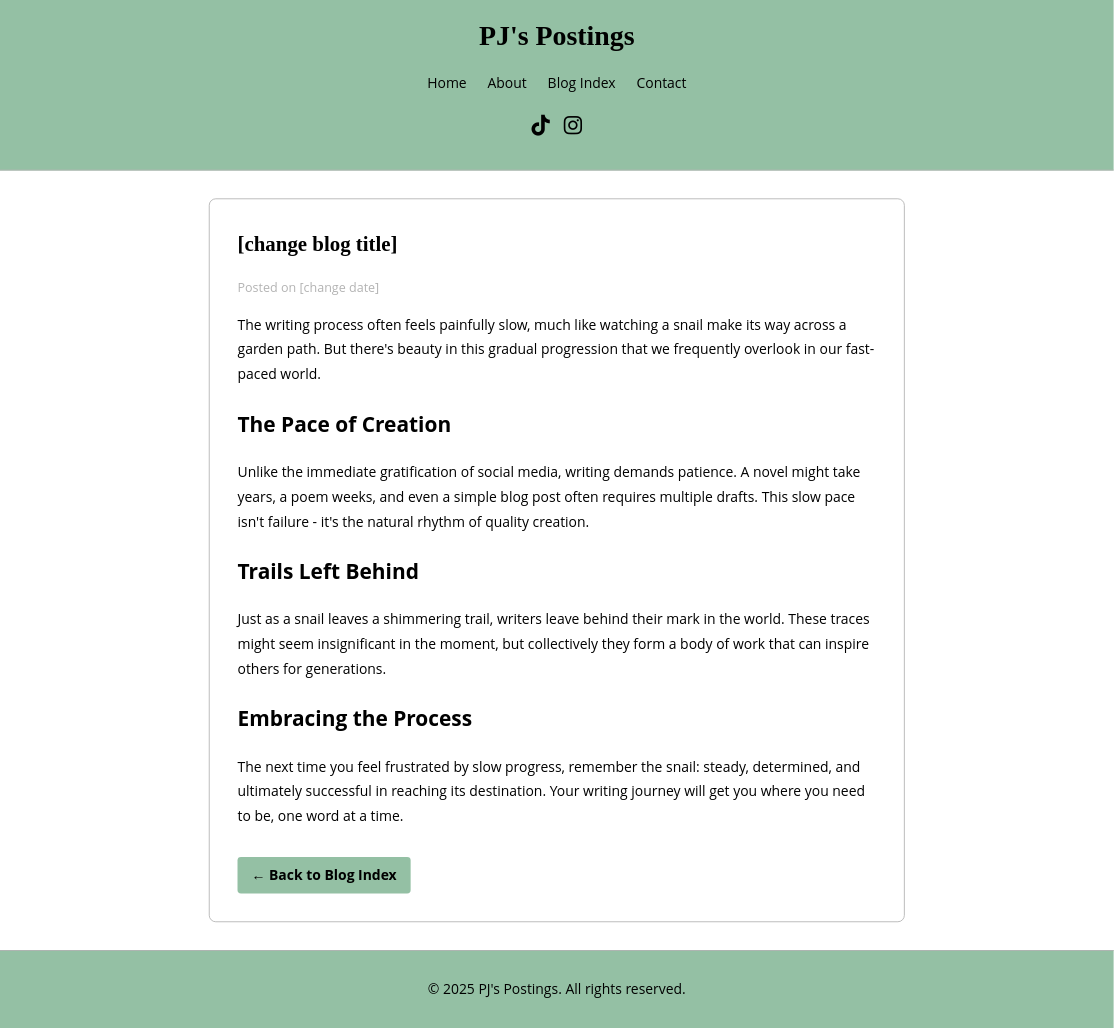
Repository: pjpatrick071/pjpatrick071.github.io
Page: posts/blog-post-template.html
An editor plug-in stored every save of this project. The page is shown before and after the next save, followed by the edit.
The browser window is 1280 px wide. The pictures show the whole page, at 87% of full size.
Some web fonts or font styles are not loaded; a fallback is used.

Above is the page before, as saved 2025-04-03 00:25:07.

### posts/blog-post-template.html
<!DOCTYPE html>
<html lang="en">
<head>
    <meta charset="UTF-8">
    <meta name="viewport" content="width=device-width, initial-scale=1.0">
    <title>[Change Title]</title>
    <link href="https://fonts-api.wp.com/css?family=Playfair+Display:400,400i,700,700i|Open+Sans:400,400i,700,700i&subset=latin,latin-ext" rel="stylesheet">
    <link href="https://cdnjs.cloudflare.com/ajax/libs/font-awesome/6.4.0/css/all.min.css" rel="stylesheet">
    <style>
        :root {
            --soft-green: #94c0a4;
            --silver: #b3b3b3;
            --black: #000000;
            --white: #ffffff;
        }
        body {
            font-family: 'Open Sans', sans-serif;
            line-height: 1.6;
            margin: 0;
            padding: 0;
            background-color: var(--white);
            color: var(--black);
        }
        header {
            background-color: var(--soft-green);
            padding: 1rem 0;
            text-align: center;
            border-bottom: 1px solid var(--silver);
        }
        .logo {
            font-size: 2rem;
            font-weight: bold;
            margin: 0;
            color: var(--black);
            font-family: 'Playfair Display', serif;
        }
        nav ul {
            padding: 0;
            list-style: none;
            display: flex;
            justify-content: center;
            gap: 1.5rem;
            margin: 1rem 0;
        }
        nav a {
            text-decoration: none;
            color: var(--black);
            font-weight: 500;
            transition: color 0.3s;
        }
        nav a:hover {
            color: var(--silver);
        }
        .container {
            max-width: 800px;
            margin: 2rem auto;
            padding: 0 1rem;
        }
        .blog-post {
            background-color: var(--white);
            border: 1px solid var(--silver);
            border-radius: 8px;
            padding: 2rem;
            margin-bottom: 2rem;
        }
        .post-title {
            color: var(--black);
            margin-top: 0;
            font-family: 'Playfair Display', serif;
        }
        .post-meta {
            color: var(--silver);
            font-size: 0.9rem;
            margin-bottom: 1rem;
        }
        .post-content {
            line-height: 1.8;
            margin-bottom: 2rem;
        }
        .post-content img {
            max-width: 100%;
            height: auto;
            margin: 1rem 0;
            border-radius: 8px;
        }
        .back-to-blog {
            display: inline-block;
            background-color: var(--soft-green);
            color: var(--black);
            padding: 0.5rem 1rem;
            border-radius: 4px;
            text-decoration: none;
            font-weight: bold;
            transition: background-color 0.3s;
        }
        .back-to-blog:hover {
            background-color: #82ad90;
        }
        .social-links {
            display: flex;
            justify-content: center;
            gap: 1rem;
            margin: 1rem 0;
        }
        .social-links a {
            color: var(--black);
            font-size: 1.5rem;
            transition: transform 0.3s;
        }
        .social-links a:hover {
            transform: scale(1.2);
        }
        footer {
            background-color: var(--soft-green);
            text-align: center;
            padding: 1rem 0;
            border-top: 1px solid var(--silver);
            margin-top: 2rem;
        }
        .requested-badge {
            background-color: var(--soft-green);
            color: var(--black);
            padding: 0.2rem 0.5rem;
            border-radius: 4px;
            font-size: 0.8rem;
            margin-left: 0.5rem;
            font-weight: bold;
        }
    </style>
</head>
<body>
    <header>
        <h1 class="logo">PJ's Postings</h1>
        <nav>
            <ul>
                <li><a href="../index.html">Home</a></li>
                <li><a href="../about.html">About</a></li>
                <li><a href="../blog.html">Blog Index</a></li>
                <li><a href="#">Contact</a></li>
            </ul>
        </nav>
        <div class="social-links">
            <a href="https://www.tiktok.com/@p.j.patrick" target="_blank" rel="noopener noreferrer"><i class="fab fa-tiktok"></i></a>
            <a href="#" target="_blank" rel="noopener noreferrer"><i class="fab fa-instagram"></i></a>
        </div>
    </header>

    <div class="container">
        <article class="blog-post">
            <h1 class="post-title">[change blog title]</h1>
            <p class="post-meta">Posted on [change date]</p>

            <div class="post-content">
                <p>The writing process often feels painfully slow, much like watching a snail make its way across a garden path. But there's beauty in this gradual progression that we frequently overlook in our fast-paced world.</p>

                <h2>The Pace of Creation</h2>
                <p>Unlike the immediate gratification of social media, writing demands patience. A novel might take years, a poem weeks, and even a simple blog post often requires multiple drafts. This slow pace isn't failure - it's the natural rhythm of quality creation.</p>

                <h2>Trails Left Behind</h2>
                <p>Just as a snail leaves a shimmering trail, writers leave behind their mark in the world. These traces might seem insignificant in the moment, but collectively they form a body of work that can inspire others for generations.</p>

                <h2>Embracing the Process</h2>
                <p>The next time you feel frustrated by slow progress, remember the snail: steady, determined, and ultimately successful in reaching its destination. Your writing journey will get you where you need to be, one word at a time.</p>
            </div>

            <a href="../blog.html" class="back-to-blog">&larr; Back to Blog Index</a>
        </article>
    </div>

    <footer>
        <p>&copy; <script>document.write(new Date().getFullYear());</script> PJ's Postings. All rights reserved.</p>
    </footer>
</body>
</html>

After the next save:
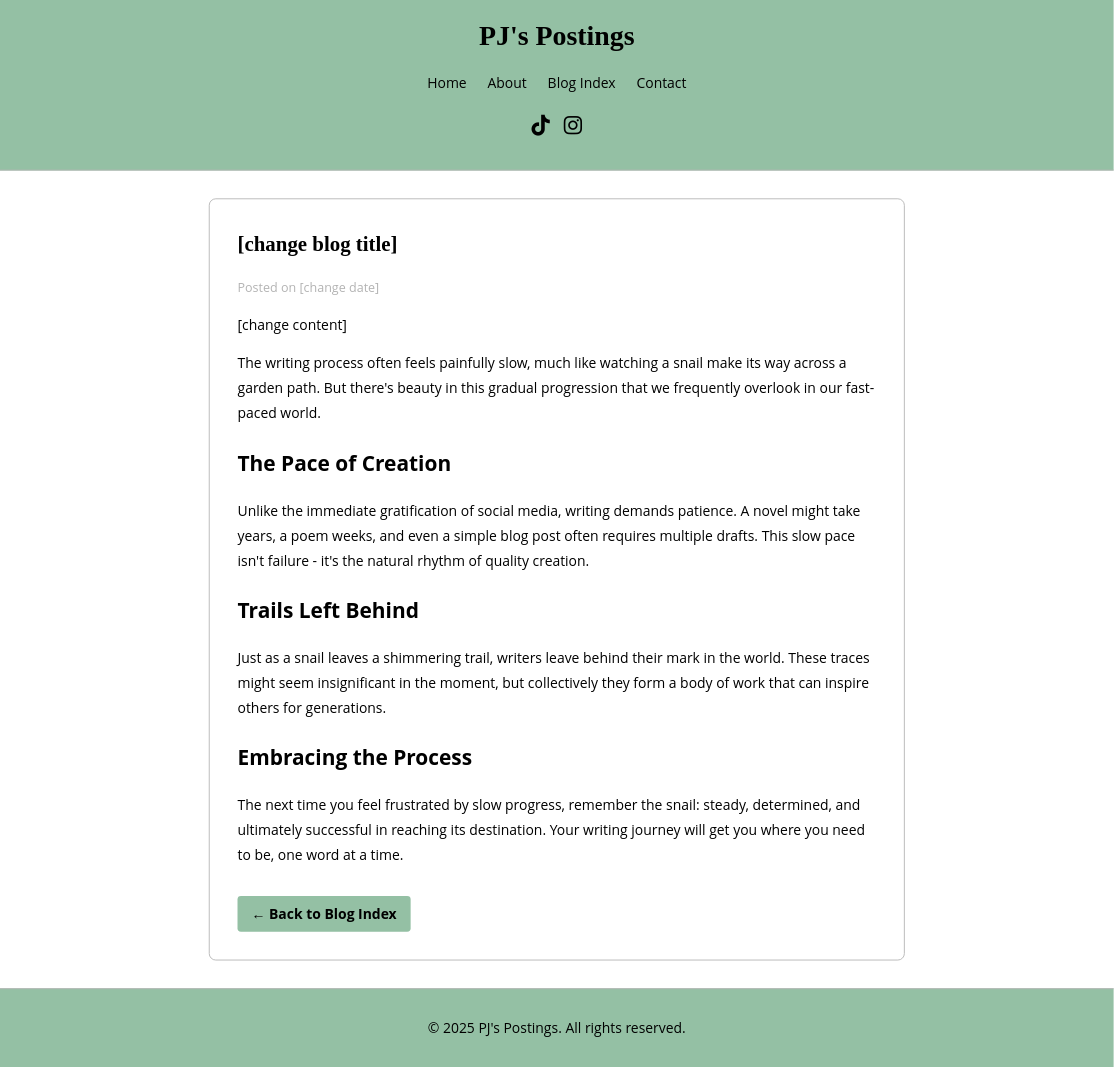
Saved 9 s later.
--- a/posts/blog-post-template.html
+++ b/posts/blog-post-template.html
@@ -150,7 +150,7 @@
             <h1 class="post-title">[change blog title]</h1>
             <p class="post-meta">Posted on [change date]</p>
 
-            <div class="post-content">
+            <div class="post-content">[change content]
                 <p>The writing process often feels painfully slow, much like watching a snail make its way across a garden path. But there's beauty in this gradual progression that we frequently overlook in our fast-paced world.</p>
 
                 <h2>The Pace of Creation</h2>
